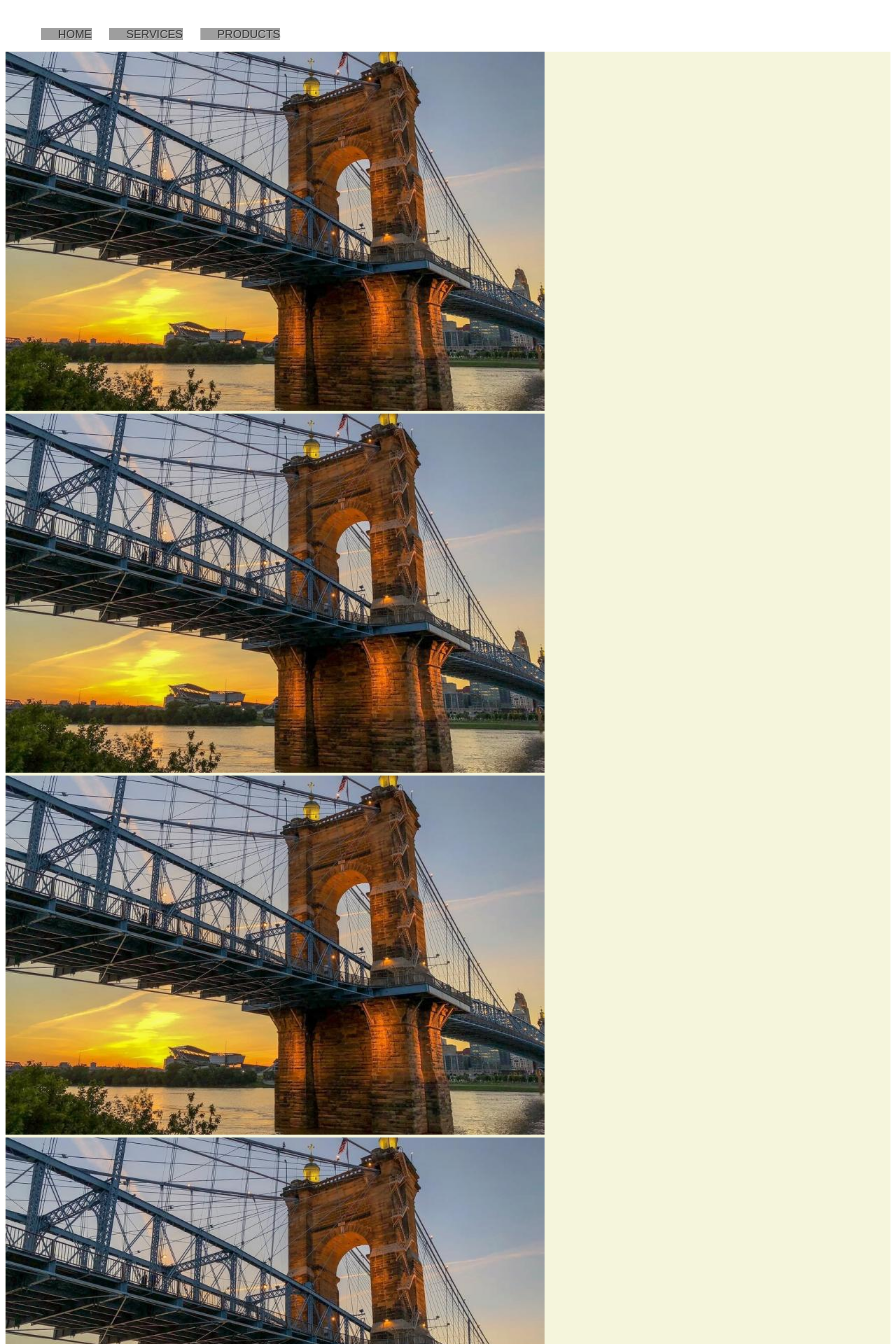
Repository: LtGriff/capstoneprogress
Page: index.html
The author's editor kept a copy of each file at every save. The page is drawn from the files as they stood at one save, then again after a run of saves.
The browser window is 1280 px wide. The pictures show the part of the page from y = 0 to 1920 px (the page is 2667 px tall), at 70% of full size.
Pictures or frames that could not be fetched are drawn as grey boxes.

Above is the page before, as saved 2022-06-06 00:12:52.

### index.html
<!DOCTYPE html>
<html lang="en">
<head>
     <meta charset="UTF-8">
     <meta http-equiv="X-UA-Compatible" content="IE=edge">
     <meta name="viewport" content="width=device-width, initial-scale=1.0">
     <title>Document</title>
     <link rel="stylesheet" href="style.css">
</head>
<body>


     </html><nav id="main-menu">
     <ul class="nav-bar">
          <li class="nav-button-home"><a href="#">Home</a></li>
          <li class="nav-button-services"><a href="#">Services</a></li>
          <li class="nav-button-products"><a href="#">Products</a></li>
     </ul>
</nav>


<section class="gallery">
     <div class="picture">
          <img src="img/bridge.jpg" alt="bridge">


     </div>

     <div class="picture">
          <img src="img/bridge.jpg" alt="bridge">


     </div>

     <div class="picture">
          <img src="img/bridge.jpg" alt="bridge">


     </div>

     <div class="picture">
          <img src="img/bridge.jpg" alt="bridge">


     </div>


     <div class="picture">
          <img src="img/bridge.jpg" alt="bridge">


     </div>
</section>


</body>

### style.css
body { font-family: sans-serif; }

#main-menu .nav-bar { list-style:none; margin-top: 40px; }
#main-menu .nav-bar li { display:inline; padding:0 10px; }

#main-menu .nav-bar li a {
  text-decoration: none;
  padding-left: 25px;
  text-transform: uppercase;
  color: #333;
	text-shadow: 1px 1px 1px #ccc;
}

.nav-bar .nav-button-home a { background:url("https://www.cheesetoast.co.uk/cheesepress/wp-content/uploads/2012/08/home.gif") no-repeat 0px -2px transparent; }

.nav-bar .nav-button-services a { background:url("https://www.cheesetoast.co.uk/cheesepress/wp-content/uploads/2012/08/services.gif") no-repeat 0px -2px transparent; }

.nav-bar .nav-button-products a { background:url("https://www.cheesetoast.co.uk/cheesepress/wp-content/uploads/2012/08/products.gif") no-repeat 0px -2px transparent; }


.gallery{
  display: flex;
  flex-direction: row;
  flex-wrap: wrap;
  justify-content: space-between;
  background-color: beige;
  height: 100%;
  padding: 0px;

}

After the next 2 saves:
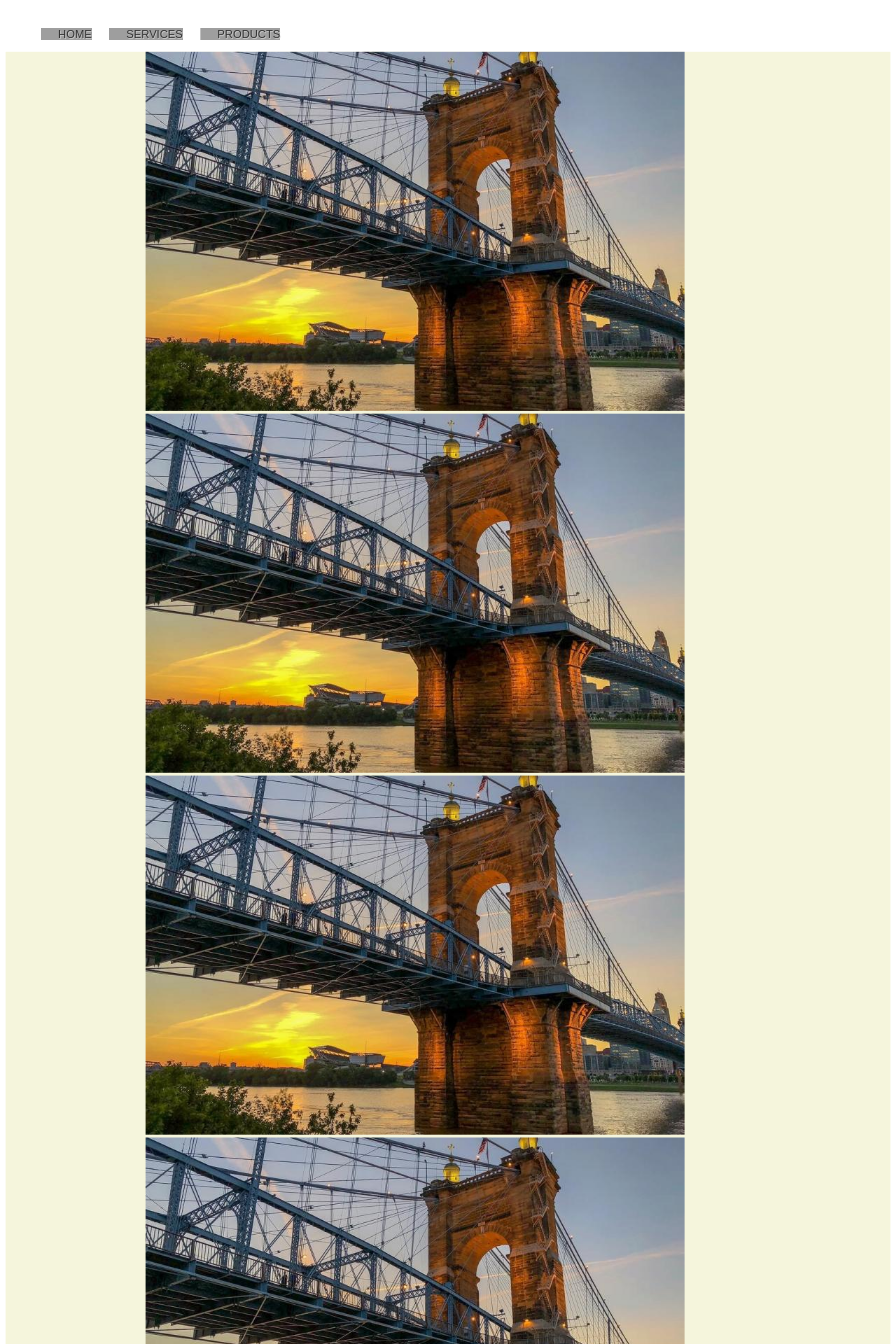
The 2 saves are shown as one change because they came seconds apart.
The last was saved 6 s later.
--- a/style.css
+++ b/style.css
@@ -25,6 +25,6 @@ body { font-family: sans-serif; }
   justify-content: space-between;
   background-color: beige;
   height: 100%;
-  padding: 0px;
+  padding: 0px 200px;
 
 }
